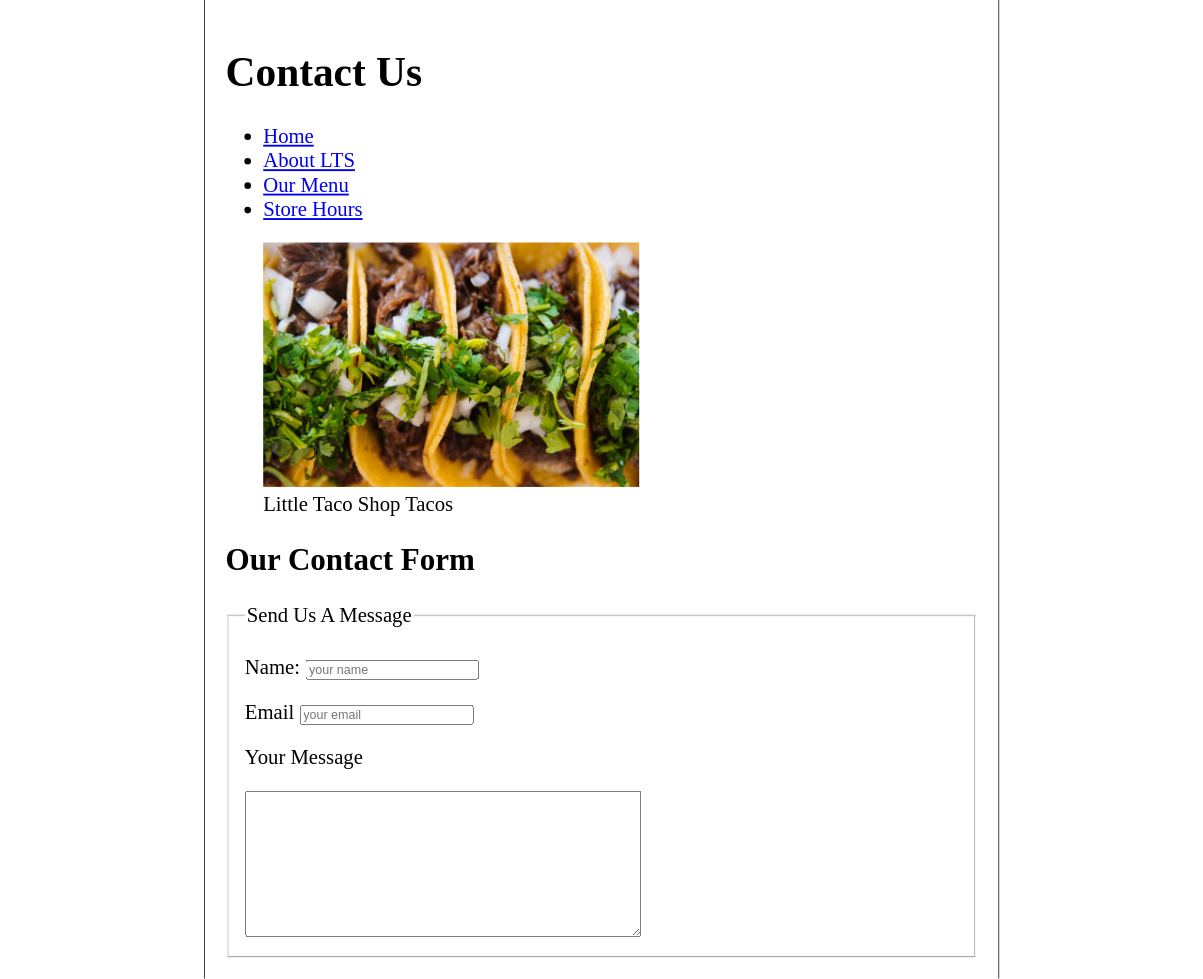
Repository: Israa-Odeh/html-basics-project
Page: contact.html
An editor plug-in stored every save of this project. The page is shown before and after the next save, followed by the edit.
The browser window is 1280 px wide. The pictures show the whole page, at 94% of full size.

Above is the page before, as saved 2024-08-20 03:08:18.

### contact.html
<!DOCTYPE html>
<html>

<head>
    <meta charset="UTF-8">
    <meta name="author" content="Israa Odeh">
    <meta name="description"
        content="Get in touch with Little Taco Shop! Visit our Contact Us page for our phone number, and location details. We are here to help with any questions or feedback.">
    <title>Contact Us - LTS</title>
    <link rel="icon" href="favicon.ico" type="image/x-icon">
    <link rel="stylesheet" href="css/style.css">
</head>

<body>
    <header>
        <h1>Contact Us</h1>
        <nav>
            <ul>
                <li>
                    <a href="index.html">Home</a>
                </li>
                <li>
                    <a href="index.html#about">About LTS</a>
                </li>
                <li>
                    <a href="index.html#menu">Our Menu</a>
                </li>
                <li>
                    <a href="hours.html">Store Hours</a>
                </li>
            </ul>
        </nav>
        <figure>
            <img src="img/tacos_close_up_400x260.png"
                alt="Close-up of a taco topped with fresh onions and vibrant parsley." width="400" height="260">
            <figcaption>Little Taco Shop Tacos</figcaption>
        </figure>
    </header>

    <main>
        <h2>Our Contact Form</h2>
        <form action="https://httpbin.org/post" method="post">
            <fieldset>
                <legend>Send Us A Message</legend>
                <p>
                    <label for="name">Name:</label>
                    <input type="text" id="name" name="name" placeholder="your name" required autocomplete="name">
                </p>
                <p>
                    <label for="email">Email</label>
                    <input type="email" id="email" name="email" placeholder="your email" required autocomplete="email">
                </p>
                <p>Your Message</p>
                <textarea name="messgae" id="message" rows="10" cols="50"></textarea>
            </fieldset>
        </form>

    </main>

    <footer>

    </footer>

</body>

</html>

Loaded but not shown: css/style.css (common file)

After the next save:
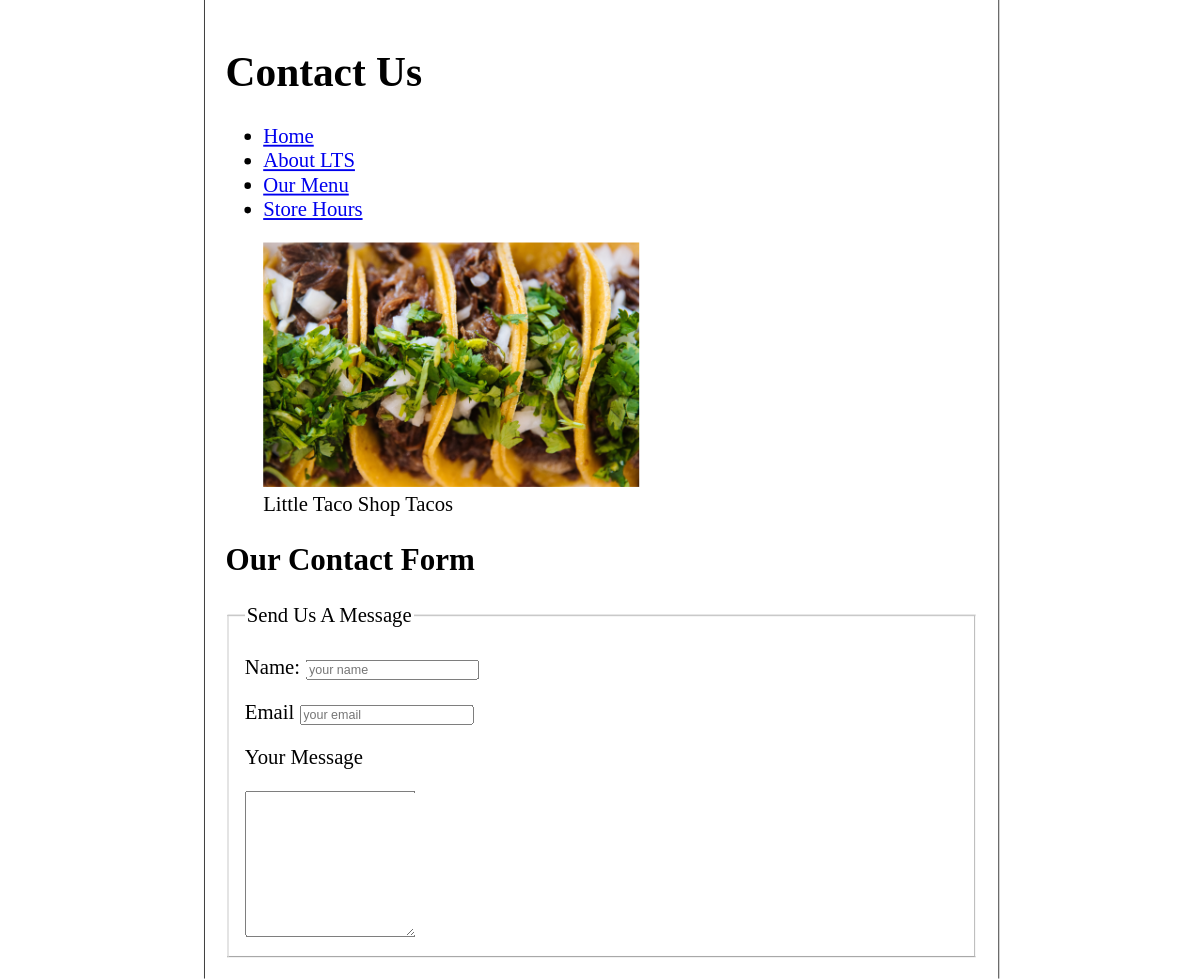
Saved 8 s later.
--- a/contact.html
+++ b/contact.html
@@ -51,7 +51,7 @@
                     <input type="email" id="email" name="email" placeholder="your email" required autocomplete="email">
                 </p>
                 <p>Your Message</p>
-                <textarea name="messgae" id="message" rows="10" cols="50"></textarea>
+                <textarea name="messgae" id="message" rows="10" cols="20"></textarea>
             </fieldset>
         </form>
 
